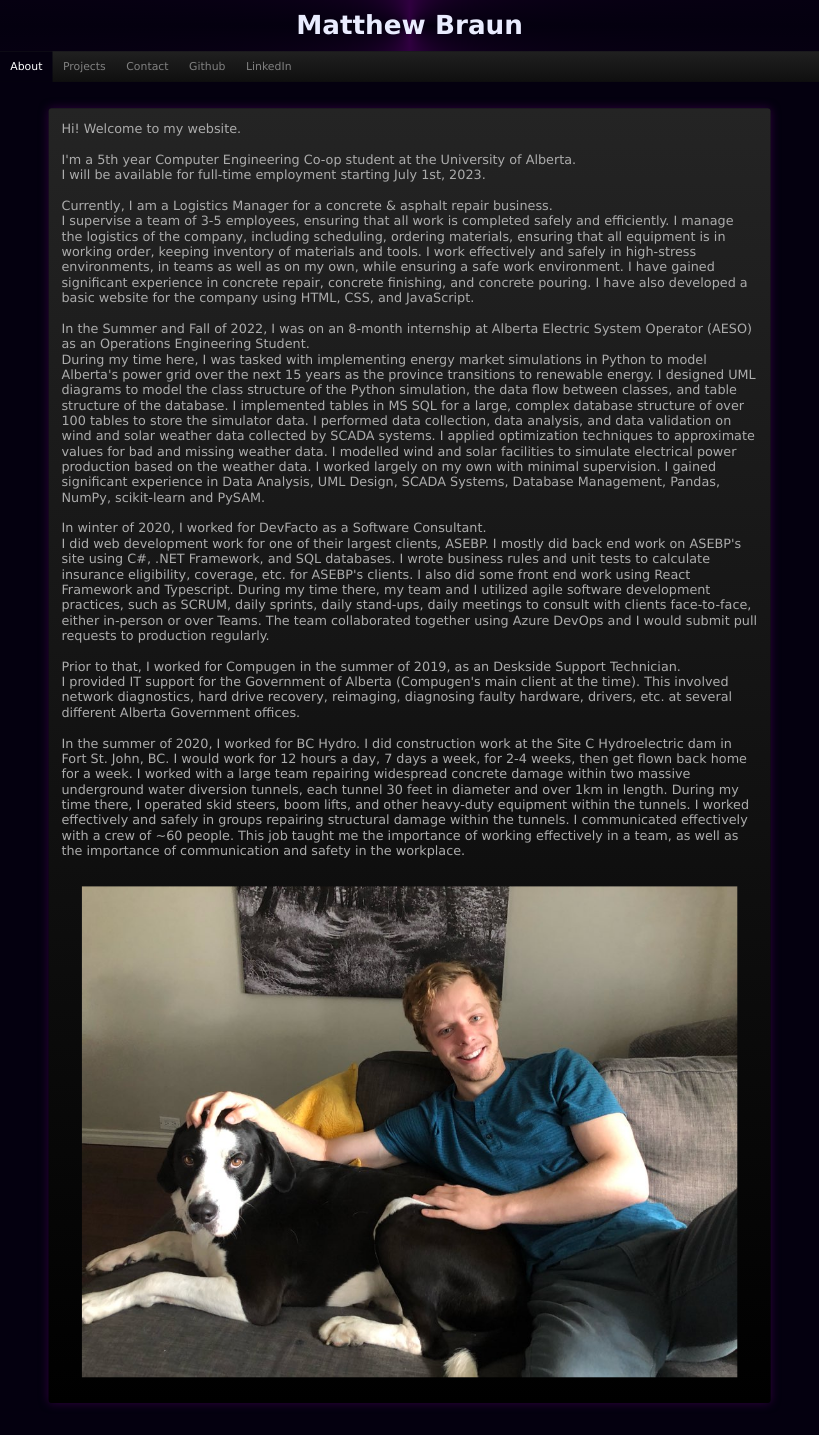
Repository: mjbraun95/MyPersonalWebsite
Page: http://localhost/
An editor plug-in stored every save of this project. The page is shown before and after the next save, followed by the edit.
The browser window is 1280 px wide. The pictures show the whole page, at 64% of full size.
The page is run by PHP 8.4 with error messages shown; the project is at /var/www/html/.

Above is the page before, as saved 2023-06-24 16:27:35.

### html/index.php
<?php $title = 'About'; ?>
<?php $currentPage = 'About'; ?>

<?php include('head.php'); ?>
<div class="nav-wrapper">
    <?php include('navbar.php'); ?>
</div>
<meta name="viewport" content="width=device-width, initial-scale=1.0">

<style>
    .responsive {
        max-width: 100%;
        height: auto;
        object-fit: scale-down;
        margin: auto;
    }
</style>

<div class="content">
    <p class="fullBox">
        Hi! Welcome to my website. <br><br>

        I'm a 5th year Computer Engineering Co-op student at the University of Alberta. <br>
        I will be available for full-time employment starting July 1st, 2023. <br><br>

        Currently, I am a Logistics Manager for a concrete & asphalt repair business. <br>
        I supervise a team of 3-5 employees, ensuring that all work is completed safely and efficiently. I manage the logistics of the company, including scheduling, ordering materials, ensuring that all equipment is in working order, keeping inventory of materials and tools. I work effectively and safely in high-stress environments, in teams as well as on my own, while ensuring a safe work environment. I have gained significant experience in concrete repair, concrete finishing, and concrete pouring. I have also developed a basic website for the company using HTML, CSS, and JavaScript. <br><br>

        In the Summer and Fall of 2022, I was on an 8-month internship at Alberta Electric System Operator (AESO) as an Operations Engineering Student. <br>
        During my time here, I was tasked with implementing energy market simulations in Python to model Alberta's power grid over the next 15 years as the province transitions to renewable energy. I designed UML diagrams to model the class structure of the Python simulation, the data flow between classes, and table structure of the database. I implemented tables in MS SQL for a large, complex database structure of over 100 tables to store the simulator data. I performed data collection, data analysis, and data validation on wind and solar weather data collected by SCADA systems. I applied optimization techniques to approximate values for bad and missing weather data. I modelled wind and solar facilities to simulate electrical power production based on the weather data. I worked largely on my own with minimal supervision. I gained significant experience in Data Analysis, UML Design, SCADA Systems, Database Management, Pandas, NumPy, scikit-learn and PySAM. <br><br>

        <!-- Last summer, I worked as a developer for a concrete & asphalt repair business. <br>
        I developed and hosted a website for the company as well as created SQL databases to manage their assets, clients, and contracts. I also wrote some Python programs to parse this data and found ways to save costs and increase the company's profits. <br><br> -->

        In winter of 2020, I worked for DevFacto as a Software Consultant.<br>
        I did web development work for one of their largest clients, ASEBP. I mostly did back end work on ASEBP's site using C#, .NET Framework, and SQL databases. I wrote business rules and unit tests to calculate insurance eligibility, coverage, etc. for ASEBP's clients. I also did some front end work using React Framework and Typescript. During my time there, my team and I utilized agile software development practices, such as SCRUM, daily sprints, daily stand-ups, daily meetings to consult with clients face-to-face, either in-person or over Teams. The team collaborated together using Azure DevOps and I would submit pull requests to production regularly. <br><br>

        Prior to that, I worked for Compugen in the summer of 2019, as an Deskside Support Technician. <br>
        I provided IT support for the Government of Alberta (Compugen's main client at the time). This involved network diagnostics, hard drive recovery, reimaging, diagnosing faulty hardware, drivers, etc. at several different Alberta Government offices. <br><br>

        In the summer of 2020, I worked for BC Hydro. I did construction work at the Site C Hydroelectric dam in Fort St. John, BC. I would work for 12 hours a day, 7 days a week, for 2-4 weeks, then get flown back home for a week. I worked with a large team repairing widespread concrete damage within two massive underground water diversion tunnels, each tunnel 30 feet in diameter and over 1km in length. During my time there, I operated skid steers, boom lifts, and other heavy-duty equipment within the tunnels. I worked effectively and safely in groups repairing structural damage within the tunnels. I communicated effectively with a crew of ~60 people. This job taught me the importance of working effectively in a team, as well as the importance of communication and safety in the workplace. <br><br>

    </p>
    <div class="fullBox">
        <img src="images/Doggo.png" class="responsive">
    </div>
</div>
</body>
</html>

### html/head.php
<!DOCTYPE html>
<html>
    <meta name="viewport" content="width=device-width, initial-scaled=1.0">
    <meta name="theme-color" content="#a01040">
    <head>
        <title><?php echo($title); ?></title>
        <link rel="stylesheet" href="index.css">
        <div class="header">
            <h1 class="header">Matthew Braun</h1>
        </div>
</header>

### html/navbar.php
<header>
    <div id="navbar">
        <a href="index.php" <?php if ($currentPage === 'About') {echo 'class="active"';} ?>>About</a></li>
        <a href="projects.php" <?php if ($currentPage === 'Projects') {echo 'class="active"';} ?>>Projects</a></li>
        <!-- <a href="pdfs/resume.pdf" target="_blank" <?php if ($currentPage === 'Resume') {echo 'class="active"';} ?>>Resume</a></li> -->
        <a href="contact.php" <?php if ($currentPage === 'Contact') {echo 'class="active"';} ?>>Contact</a></li>
        <a href="https://github.com/mjbraun95/" target="_blank" <?php if ($currentPage === 'Github') {echo 'class="active"';} ?>>Github</a></li>
        <a href="https://www.linkedin.com/in/matthewbraun4/" target="_blank" <?php if ($currentPage === 'LinkedIn') {echo 'class="active"';} ?>>LinkedIn</a></li>
    </div>
    <script src="navbar.js"></script>
</header>
<body>
    <!-- <div class="titlehead"><h2><?php echo($title); ?></h2></div> -->

### html/index.css
/* @media screen and (min-width: 1920px) {
    p {
        font-size: 20px;
    }
    a {
        font-size: 20px;
    }
} */
a {
    font-size: 20px;
}
/* navbar height 49px */
@media screen and (min-width: 574px) {
    div.nav-wrapper {
        height: 89px;
    }
}
@media screen and (min-width: 292px) and (max-width: 573px) {
    div.nav-wrapper {
        height: 138px;
    }
}
@media screen and (max-width: 291px) {
    div.nav-wrapper {
        height: 187px;
    }
}


body {
    margin: 0;
    font-family: Verdana,Geneva,sans-serif;
    vertical-align: center;
    background: rgb(4, 0, 15);
    padding-bottom: 50px;
}

.video-size
{
  width: 100%;
  height: 400px;
}

img {
    display: block;
    width: 60%;
    margin-left: auto;
    margin-right: auto;
}

.leftBox{
    margin-right: 20px;
    grid-column-start: 1;
    grid-column-end: 2;
    grid-row-start: 1;
    grid-row-end: 2;
}

.rightBox{
    grid-column-start: 2;
    grid-column-end: 3;
    grid-row-start: 1;
    grid-row-end: 2;
}

.vid{
    max-width: 100%;
    height: auto;
    object-fit: scale-down;
    /* object-fit: contain;
    margin: auto; */
}

.responsiveVid {
    max-width: 70%;
    height: auto;
    object-fit: scale-down;
}

.responsiveIcon {
    max-width: 1.5vw !important;
    height: auto !important;
    object-fit: scale-down;
    float: left;
    font-size: 36px;
    padding-right: 8px;
}

.header {
    color: rgb(234, 236, 255);
    text-align: center;
}

h1.header {
    margin:auto;
    font-size:41px;
}

h3.header{
    /*align-self:start;*/
    width:85%;
    height:auto;
    font-size: 35px;
    /* font-size: 2.5vw; */
    margin: auto;
    /* grid-row:auto; */
    align-content:center;
    text-align:center;
    padding-top: 80px;
    /* font-size: 50px; */
}

div.header{
    /* background:url(
        data:[embedded picture, 326 characters]
    ) repeat; */
    padding: 15px;
    height: 50px;
    background-image: conic-gradient(#300040,rgb(4, 0, 15),#300040,rgb(4, 0, 15),#300040);
 }


/* navbar links */
#navbar {
    overflow: hidden;
    background-image: linear-gradient(rgb(32, 32, 32),rgb(15, 15, 15));
}

#navbar a {
    float: left;
    display: block;
    color: grey;
    text-align: center;
    padding: 14px 16px;
    text-decoration: none;
    font-size: 17px;

    -o-transition: .5s;
    -ms-transition: .5s;
    -moz-transition: .5s;
    -webkit-transition: .5s;

    transition: .5s;
}

#navbar a:hover {
    background-color: rgb(4, 0, 15);
    color: white;
}

#navbar a.active {
    background-color: rgb(4, 0, 15);
    color: white;
}

/* page content */
div.content {
    padding: 20px;
    width: 85%;
    /* background-color: rgb(44, 44, 44); */
    background-image: linear-gradient(rgb(36, 36, 36),rgb(0, 0, 0));
    align-content: center;
    margin: auto;
    border-radius: 5px;
    box-shadow: 0px 0px 15px #300040
}

div.content1 {
    max-width: 1000px;
    padding: 20px;
    /* font-size: 2vw; */
    width: 80%;
    background-image: linear-gradient(to left,rgb(36, 36, 36),rgb(0, 0, 0));
    border: 3px 3px 12px;
    align-content: center;
    margin: auto;
    border-radius: 5px;
    box-shadow: 2px 2px 10px #300040;
    display: grid;
    grid-template-columns: 60% 40%;
    grid-template-rows: 100%;
    height: auto;
}
div.content1a {
    max-width: 1000px;
    padding: 20px;
    /* font-size: 2vw; */
    width: 80%;
    background-image: linear-gradient(to left,rgb(36, 36, 36),rgb(0, 0, 0));
    border: 3px 3px 12px;
    align-content: center;
    margin: auto;
    border-radius: 5px;
    box-shadow: 2px 2px 10px #300040;
    display: grid;
    grid-template-columns: 75% 25%;
    grid-template-rows: 100%;
    height: auto;
}
div.content2 {
    max-width: 1000px;
    padding: 20px;
    /* font-size: 2vw; */
    width: 80%;
    background-image: linear-gradient(to right,rgb(36, 36, 36),rgb(0, 0, 0));
    border: 3px 3px 12px;
    align-content: center;
    margin: auto;
    border-radius: 5px;
    box-shadow: 2px 2px 10px #300040;
    display: grid;
    grid-template-columns: 40% 60%;
    grid-template-rows: 100%;
    height: auto;
}

/* @media screen and (min-width: 220px) {
    .content2 {
    font-size: 12px;
} */

.half {
    left: 0%;
}

.sticky {
    position: fixed;
    top: 0;
    width: 100%;
}

.sticky + .content + body {
    padding-top: 60px;
}

.titlehead {
    padding: 16px;
    margin: auto;
    width: 90%;
    max-width: 1000px;
}


p {
    color:  rgb(172, 172, 172);
    /* padding: 10px; */
    font-size: 20px;
    width: 95%;
    align-content: center;
    margin: auto;
}


.rotate {
    -ms-transform: rotate(90deg); /* IE 9 */
    -webkit-transform: rotate(90deg); /* Chrome, Safari, Opera */
    transform: rotate(90deg);
    margin-top: 88px;
}

/* Three image containers (use 25% for four, and 50% for two, etc) */
.column {
    float: left;
    width: 50%;
    padding: 5px;
}

  /* Clear floats after image containers */
.row::after {
    content: "";
    clear: both;
    display: table;
}

/* Split the screen in half */
.split {
    height: 100%;
    width: 100%;
    position: fixed;
    z-index: 1;
    top: 0;
    overflow-x: hidden;
    padding-top: 20px;
}

/* Control the left side */
.left {
    left: 0;
}

  /* Control the right side */
.right {
    right: 0;
}

  /* If you want the content centered horizontally and vertically */
.centered {
    position: relative;
    top: 50%;
    left: 50%;
    transform: translate(-50%, -50%);
    text-align: center;
}

.fullBox{
    padding-bottom: 20px;
    width:100%;
    height:auto;
    margin: 0 auto;
    /* grid-row:auto; */
    align-content:center;
    /* float:left; */
}

.responsive {
    max-width: 100%;
    height: auto;
    object-fit: scale-down;
    margin: auto;
    max-height: 100%;
    width: auto;
}

### html/navbar.js
// ### Sticky code ###

// Execute myFunction whenever page is scrolled
window.onscroll = function() {myFunction()};

// get nav
var navbar = document.getElementById("navbar");

// get offset position
var sticky = navbar.offsetTop;

// add sticky class whenever you reach the bar scroll position

function myFunction() {
    if (window.pageYOffset >= sticky) {
        navbar.classList.add("sticky");
    } else {
        navbar.classList.remove("sticky");
    }

}

After the next save:
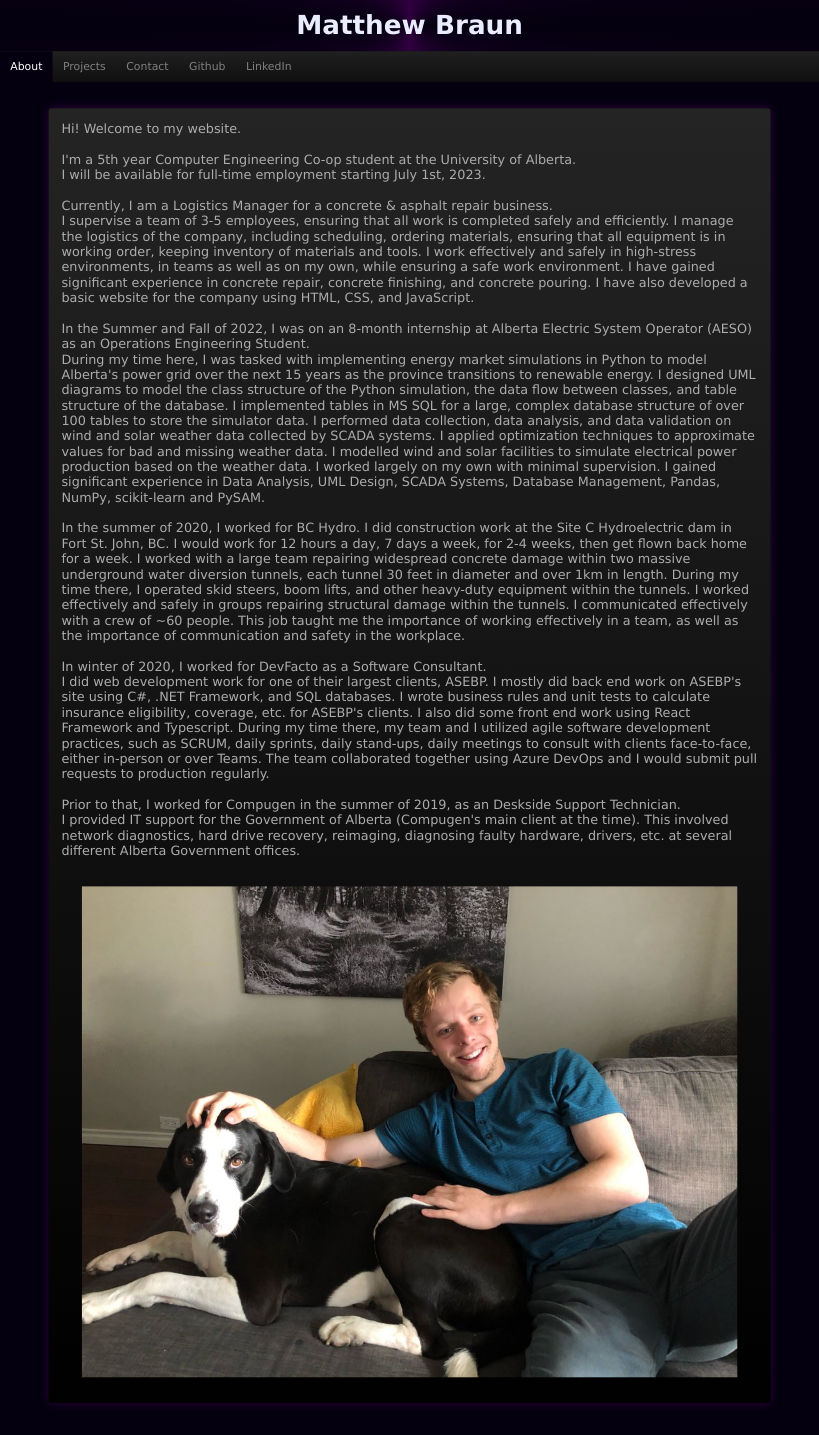
Saved 16 s later.
--- a/html/index.php
+++ b/html/index.php
@@ -32,13 +32,15 @@
         <!-- Last summer, I worked as a developer for a concrete & asphalt repair business. <br>
         I developed and hosted a website for the company as well as created SQL databases to manage their assets, clients, and contracts. I also wrote some Python programs to parse this data and found ways to save costs and increase the company's profits. <br><br> -->
 
+        In the summer of 2020, I worked for BC Hydro. I did construction work at the Site C Hydroelectric dam in Fort St. John, BC. I would work for 12 hours a day, 7 days a week, for 2-4 weeks, then get flown back home for a week. I worked with a large team repairing widespread concrete damage within two massive underground water diversion tunnels, each tunnel 30 feet in diameter and over 1km in length. During my time there, I operated skid steers, boom lifts, and other heavy-duty equipment within the tunnels. I worked effectively and safely in groups repairing structural damage within the tunnels. I communicated effectively with a crew of ~60 people. This job taught me the importance of working effectively in a team, as well as the importance of communication and safety in the workplace. <br><br>
+
         In winter of 2020, I worked for DevFacto as a Software Consultant.<br>
         I did web development work for one of their largest clients, ASEBP. I mostly did back end work on ASEBP's site using C#, .NET Framework, and SQL databases. I wrote business rules and unit tests to calculate insurance eligibility, coverage, etc. for ASEBP's clients. I also did some front end work using React Framework and Typescript. During my time there, my team and I utilized agile software development practices, such as SCRUM, daily sprints, daily stand-ups, daily meetings to consult with clients face-to-face, either in-person or over Teams. The team collaborated together using Azure DevOps and I would submit pull requests to production regularly. <br><br>
 
         Prior to that, I worked for Compugen in the summer of 2019, as an Deskside Support Technician. <br>
         I provided IT support for the Government of Alberta (Compugen's main client at the time). This involved network diagnostics, hard drive recovery, reimaging, diagnosing faulty hardware, drivers, etc. at several different Alberta Government offices. <br><br>
 
-        In the summer of 2020, I worked for BC Hydro. I did construction work at the Site C Hydroelectric dam in Fort St. John, BC. I would work for 12 hours a day, 7 days a week, for 2-4 weeks, then get flown back home for a week. I worked with a large team repairing widespread concrete damage within two massive underground water diversion tunnels, each tunnel 30 feet in diameter and over 1km in length. During my time there, I operated skid steers, boom lifts, and other heavy-duty equipment within the tunnels. I worked effectively and safely in groups repairing structural damage within the tunnels. I communicated effectively with a crew of ~60 people. This job taught me the importance of working effectively in a team, as well as the importance of communication and safety in the workplace. <br><br>
+
 
     </p>
     <div class="fullBox">
